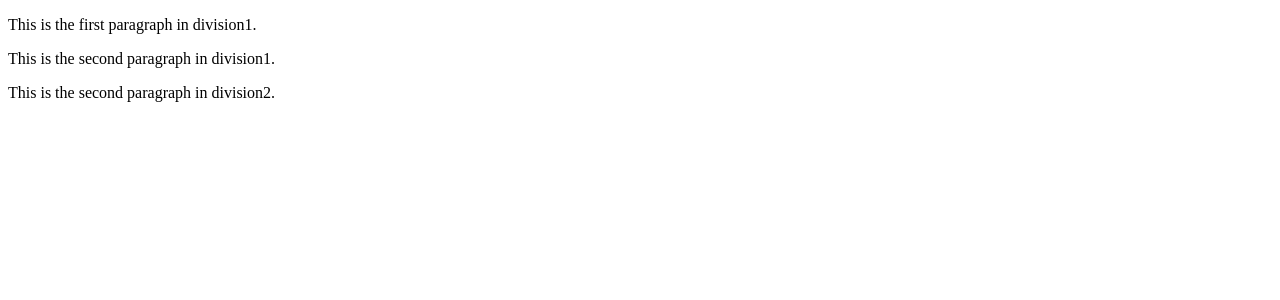
Repository: viveknaidu007/repo-115-JavaScript
Page: 22.html
These files come from the project's save history. The page is drawn as it stood at one moment and after the next save; the edit follows.
The browser window is 1280 px wide. The pictures show the whole page.

Above is the page before, as saved 2024-06-24 16:31:42.

After the next save:
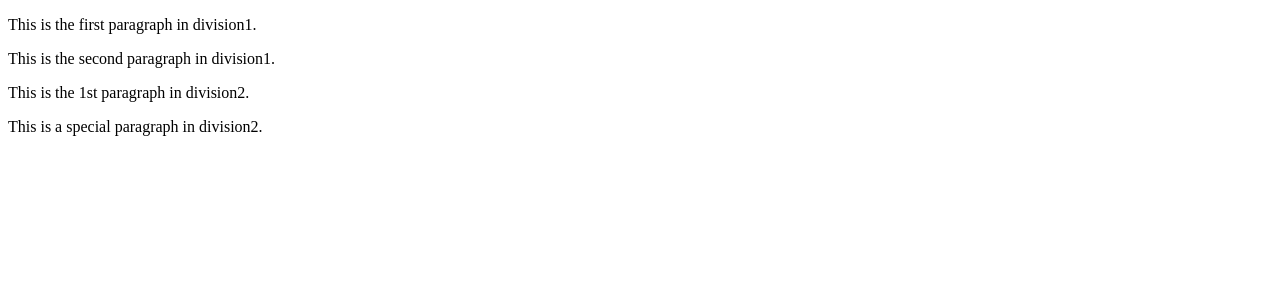
Saved 3 min 55 s later.
--- a/22.html
+++ b/22.html
@@ -20,11 +20,8 @@
         var n = document.createElement('p');
         n.innerText = "This is a special paragraph in division2.";
 
-        var parent = document.getElementById("second");
-        var last = document.getElementById("pfirst");
-        console.log(last);
+        var last = document.getElementById("last")
+        last.replaceChildren(n)
 
-        parent.removeChild(last);
-        //parent.appendChild(n);  // Append the new paragraph to the parent div
     </script>
 </html>
